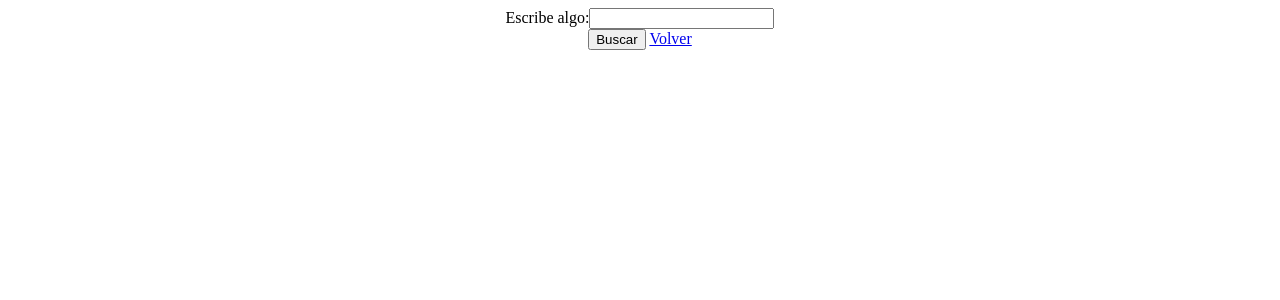
Repository: conmarred/wsSpring
Page: http://localhost/02_buscador_spring/
An editor plug-in stored every save of this project. The page is shown before and after the next save, followed by the edit.
The browser window is 1280 px wide. The pictures show the whole page.
The page is served by Tomcat 9. Other server files are loaded and not shown.

Above is the page before, as saved 2022-04-18 10:59:06.

### 02_buscador_spring/src/main/webapp/datos.jsp
<!DOCTYPE html>
<html>
<head>
<meta charset="ISO-8859-1">
<title>Insert title here</title>
</head>
<body>
	<center>
		<form action="Buscador">
			Escribe algo:<input type="text" name="tematica"><br>
			<input type="submit" value="Buscar">
			<a href="addPagina.jsp">Volver</a>

		</form>

	</center>
</body>
</html>

After the next save:
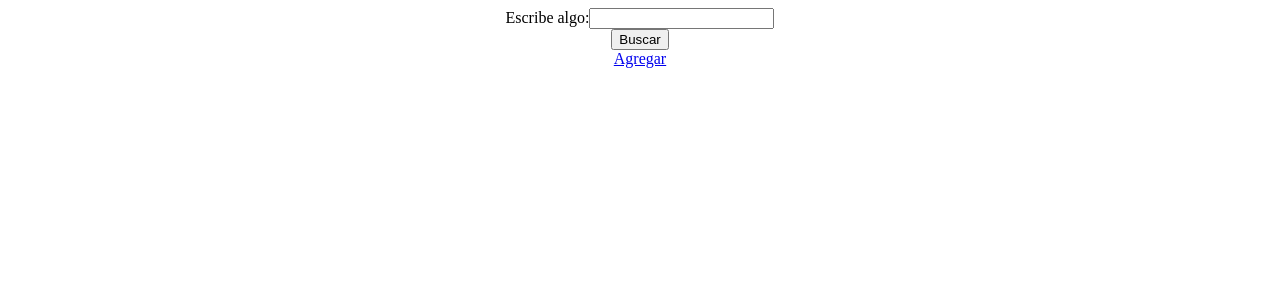
Saved 17 s later.
--- a/02_buscador_spring/src/main/webapp/datos.jsp
+++ b/02_buscador_spring/src/main/webapp/datos.jsp
@@ -9,7 +9,8 @@
 		<form action="Buscador">
 			Escribe algo:<input type="text" name="tematica"><br>
 			<input type="submit" value="Buscar">
-			<a href="addPagina.jsp">Volver</a>
+			<br>
+			<a href="addPagina.jsp">Agregar</a>
 
 		</form>
 
